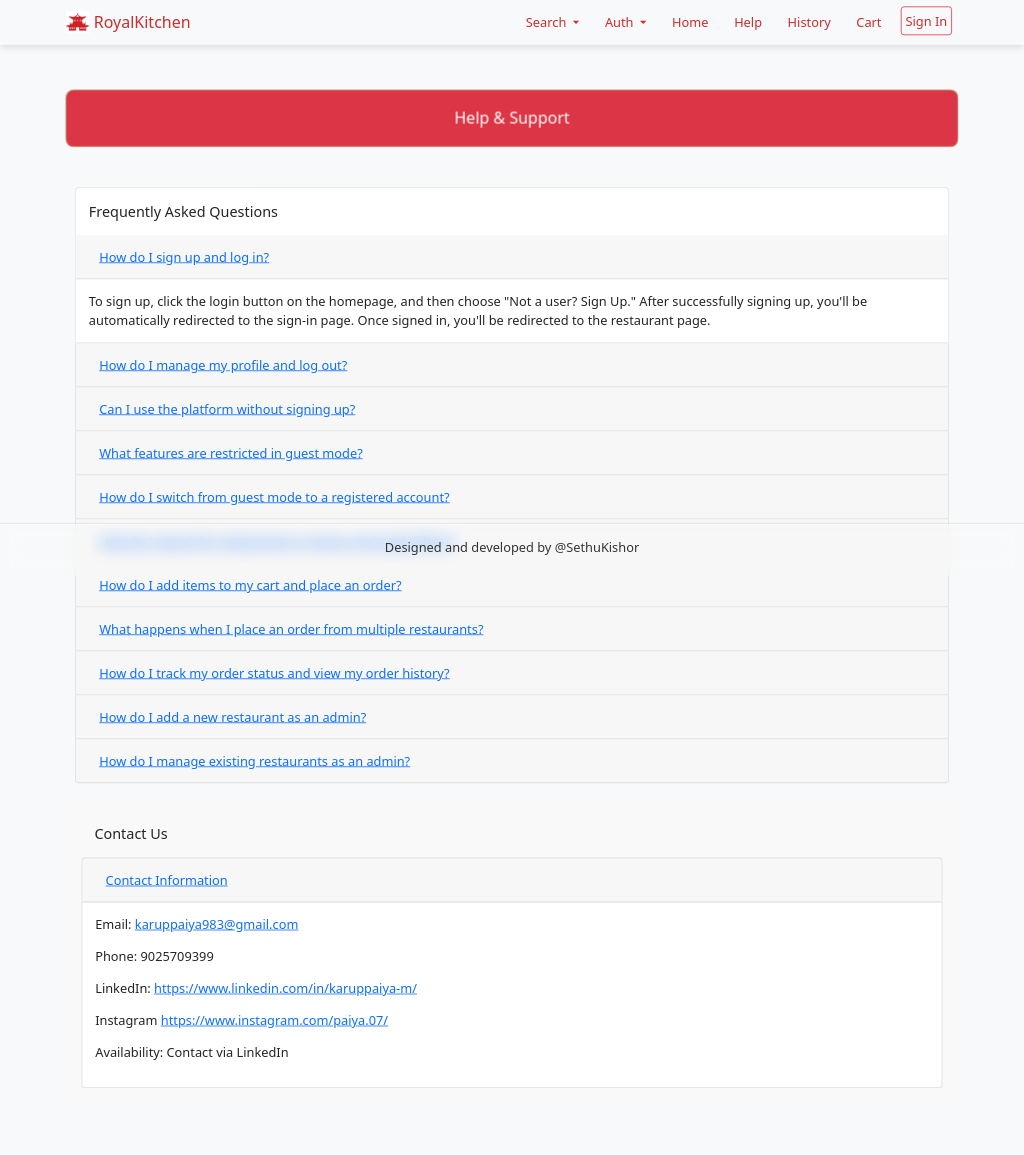
Repository: KARUPPAIYA77/Royal-Kitchen
Page: http://localhost/RoyalKitchen/help.jsp
An editor plug-in stored every save of this project. The page is shown before and after the next save, followed by the edit.
The browser window is 1280 px wide. The pictures show the whole page, at 80% of full size.
Some web libraries are served in a nearby version. The page is served by Tomcat 9.

Above is the page before, as saved 2025-03-06 09:50:14.

After the next save:
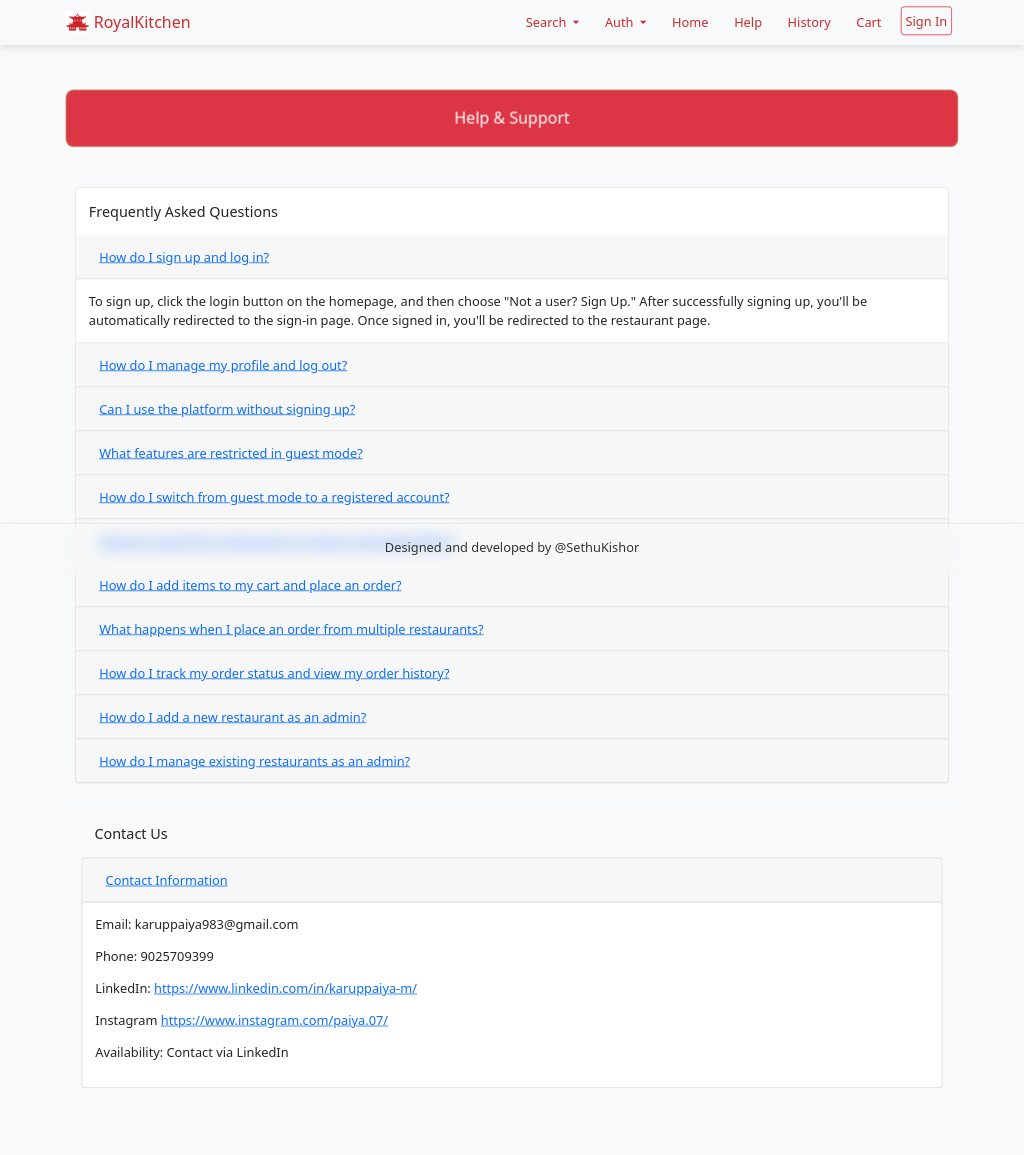
Saved 3 min 17 s later.
--- a/RoyalKitchen/src/main/webapp/help.jsp
+++ b/RoyalKitchen/src/main/webapp/help.jsp
@@ -265,7 +265,7 @@
 						aria-labelledby="headingContact" data-parent="#contactAccordion">
 						<div class="card-body">
 							<p>
-								Email: <a href="karuppaiya983@gmail.com">karuppaiya983@gmail.com</a>
+								Email: karuppaiya983@gmail.com
 							</p>
 							<p>Phone: 9025709399</p>
 							<p>
